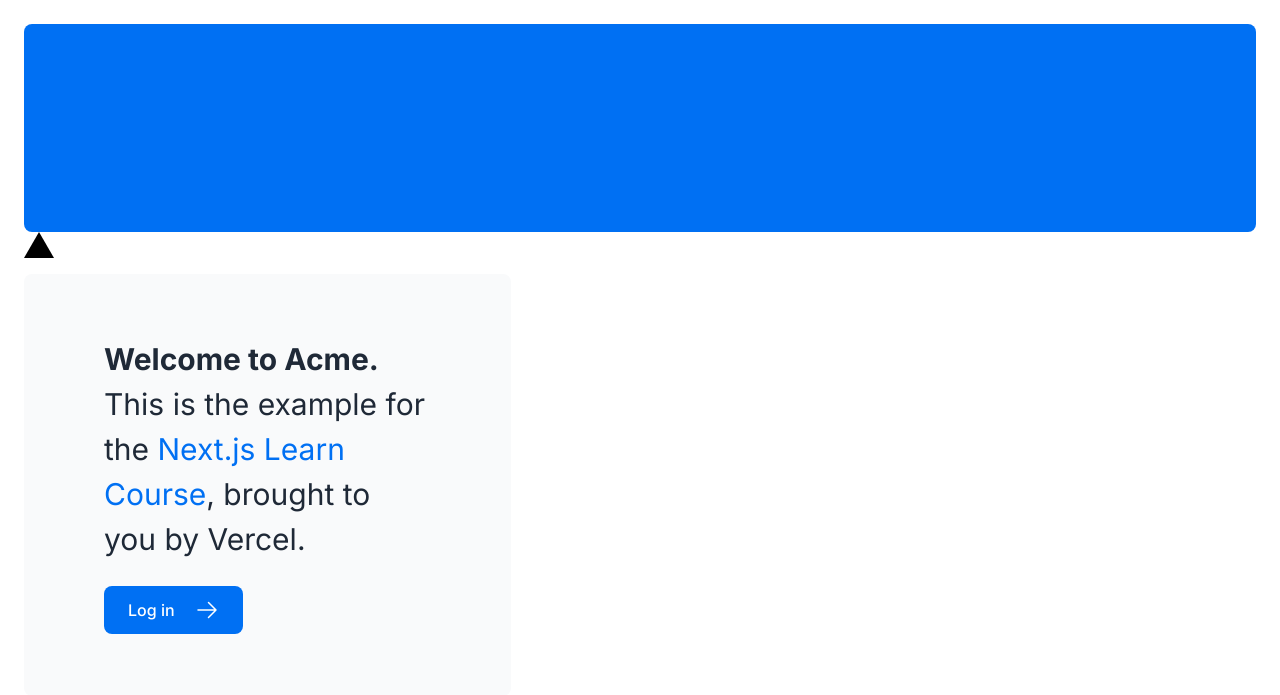
Repository: MikayelGubryan/Financial-dashboard
Page: /
An editor plug-in stored every save of this project. The page is shown before and after the next save, followed by the edit.
The browser window is 1280 px wide. The pictures show the whole page.
Some web fonts or font styles are not loaded; a fallback is used. The project was rebuilt for these pictures with package versions that can differ from the ones it lists, and the page was loaded fresh each time. The framework's server and built-in components were replaced by stand-ins that run in the browser. Also part of the build but not shown: next.config.mjs.

Above is the page before, as saved 2024-07-08 22:39:38.

### app/page.tsx
import AcmeLogo from '@/app/ui/acme-logo';
import { ArrowRightIcon } from '@heroicons/react/24/outline';
import Link from 'next/link';
import { lusitana } from './ui/fonts';

export default function Page() {
  return (
    <main className="flex min-h-screen flex-col p-6">
      <div className="flex h-20 shrink-0 items-end rounded-lg bg-blue-500 p-4 md:h-52">
        {/* <AcmeLogo /> */}
      </div>
      <div
  className="relative w-0 h-0 border-l-[15px] border-r-[15px] border-b-[26px] border-l-transparent border-r-transparent border-b-black"
/>
      <div className="mt-4 flex grow flex-col gap-4 md:flex-row">
        <div className="flex flex-col justify-center gap-6 rounded-lg bg-gray-50 px-6 py-10 md:w-2/5 md:px-20">
          <p className={`text-xl text-gray-800 md:text-3xl md:leading-normal`}>
            <strong>Welcome to Acme.</strong> This is the example for the{' '}
            <a href="https://nextjs.org/learn/" className="text-blue-500">
              Next.js Learn Course
            </a>
            , brought to you by Vercel.
          </p>
          <Link
            href="/login"
            className="flex items-center gap-5 self-start rounded-lg bg-blue-500 px-6 py-3 text-sm font-medium text-white transition-colors hover:bg-blue-400 md:text-base"
          >
            <span>Log in</span> <ArrowRightIcon className="w-5 md:w-6" />
          </Link>
        </div>
        <div className="flex items-center justify-center p-6 md:w-3/5 md:px-28 md:py-12">
          {/* Add Hero Images Here */}
        </div>
      </div>
    </main>
  );
}

### app/ui/fonts.ts
import { Inter } from 'next/font/google';
import { Lusitana } from 'next/font/google';

export const inter = Inter({subsets: ['latin']});
export const lusitana = Lusitana({subsets: ['latin'], weight: '700'})

Loaded but not shown: app/layout.tsx (common file); app/ui/global.css (common file); tailwind.config.ts (common file)

After the next save:
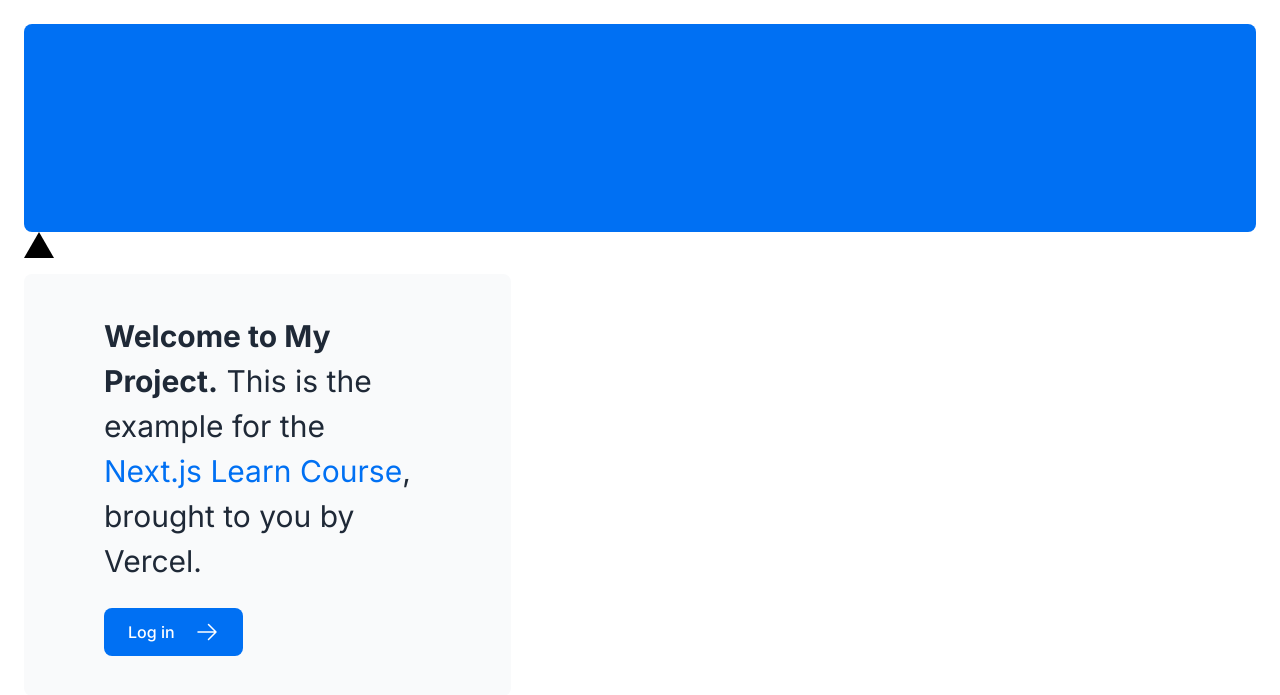
Saved 22 s later.
--- a/app/page.tsx
+++ b/app/page.tsx
@@ -15,7 +15,7 @@
       <div className="mt-4 flex grow flex-col gap-4 md:flex-row">
         <div className="flex flex-col justify-center gap-6 rounded-lg bg-gray-50 px-6 py-10 md:w-2/5 md:px-20">
           <p className={`text-xl text-gray-800 md:text-3xl md:leading-normal`}>
-            <strong>Welcome to Acme.</strong> This is the example for the{' '}
+            <strong>Welcome to My Project.</strong> This is the example for the{' '}
             <a href="https://nextjs.org/learn/" className="text-blue-500">
               Next.js Learn Course
             </a>
